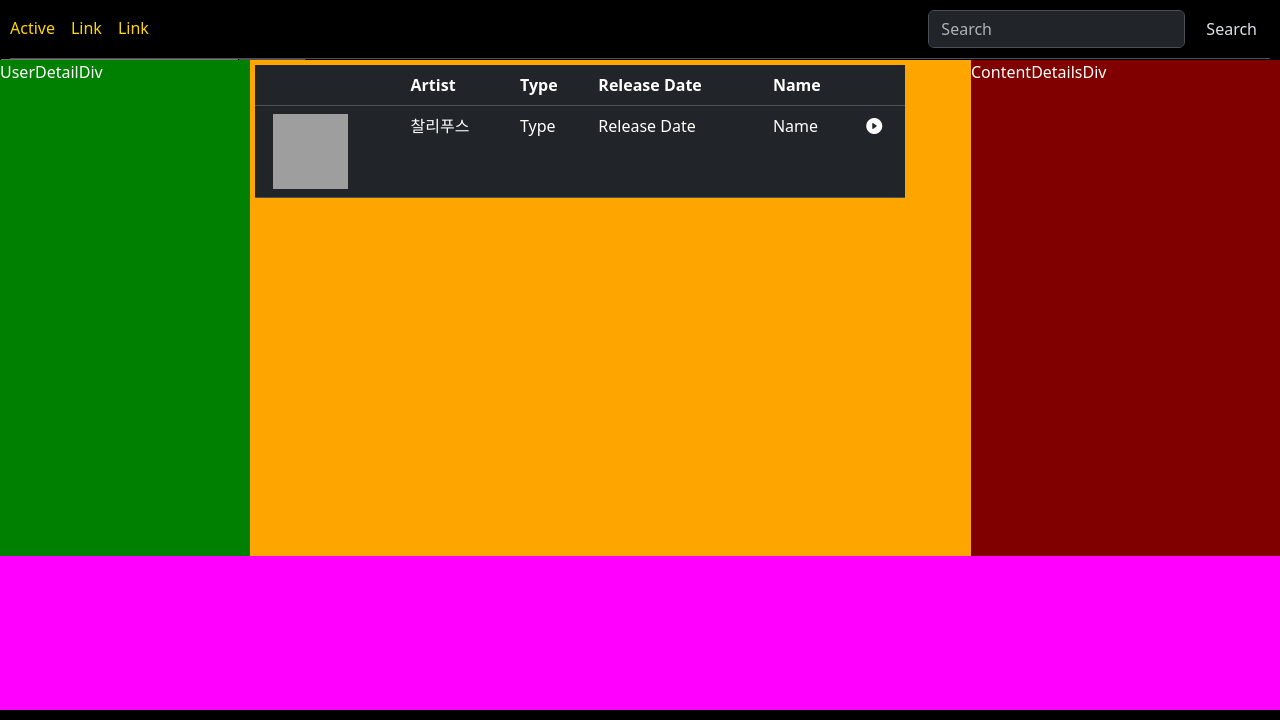
Repository: budflower44/My_Music_Life
Page: http://localhost/my_music_life/WEB-INF/views/mml/main.jsp
An editor plug-in stored every save of this project. The page is shown before and after a run of saves, followed by the edit.
The browser window is 1280 px wide. The pictures show the whole page.
Pictures or frames that could not be fetched are drawn as grey boxes. The page is served by Tomcat 9. Nobody is signed in. Other server files are loaded and not shown. The template is opened directly, without the code that normally fills it, so the values that code supplies are empty.

Above is the page before, as saved 2024-02-16 05:37:16.

### my_music_life/src/main/webapp/WEB-INF/views/mml/main.jsp
<%@ page language="java" contentType="text/html; charset=UTF-8"
    pageEncoding="UTF-8"%>
<!DOCTYPE html>
<html>
<head>
<meta charset="UTF-8">
<title>Insert title here</title>
</head>
<link rel="stylesheet" href="https://cdn.jsdelivr.net/npm/bootstrap-icons@1.10.5/font/bootstrap-icons.css">
<link href="https://cdn.jsdelivr.net/npm/bootstrap@5.3.1/dist/css/bootstrap.min.css" rel="stylesheet" integrity="sha384-4bw+/aepP/YC94hEpVNVgiZdgIC5+VKNBQNGCHeKRQN+PtmoHDEXuppvnDJzQIu9" crossorigin="anonymous">
<script src="https://cdn.jsdelivr.net/npm/@popperjs/core@2.11.8/dist/umd/popper.min.js" integrity="sha384-I7E8VVD/ismYTF4hNIPjVp/Zjvgyol6VFvRkX/vR+Vc4jQkC+hVqc2pM8ODewa9r" crossorigin="anonymous"></script>
<script src="https://cdn.jsdelivr.net/npm/bootstrap@5.3.1/dist/js/bootstrap.min.js" integrity="sha384-Rx+T1VzGupg4BHQYs2gCW9It+akI2MM/mndMCy36UVfodzcJcF0GGLxZIzObiEfa" crossorigin="anonymous"></script>
<style>
body{
	background-color : black;
	color: white;
	padding: 0;
	margin: 0;
}
.parentsDiv{
	height: 100vh;
	width: 100vw;
	display: flex;
	flex-direction: column;
}
.HeaderDiv{
	height: 60px;
}
.MidDiv{
	height: calc(100vh - 224px);
	min-height: calc(100vh - 224px);
	display:flex;
}
.FooterDiv{
	background-color: fuchsia;
	height: 154px;
	padding: 0;
	margin: 0;
	position:sticky;
	top: calc(100vh - 224px);
}
.SearchLineDiv{

}
.UserDetailDiv{
	background-color: green;
	width: 250px;
	min-width: 250px;
}
.ContentsDiv{
	background-color: orange;
	width: 100%;
	height:calc(100vw-550px);
	display: flex;
	justify-content: space-between;
	overflow: scroll;
}
.ContentDiv{
	background-color: lime;
	width: 70%;
	height: calc(100vw-550px);
	overflow: scroll;
	align-items: flex-start;
}
.ContentDetailsDiv{
	background-color: maroon;
	width: 30%;
	min-width: 300px;
	height: 100%
}
.MusicBox{
	background-color: navy;
	padding: 0;
	margin: 5px;

}
.searchDiv{
	background-color: black;
	width: 650px;
	height: 75px;
	margin: 5px;
}
.searchDiv img{
	margin-left: 10px;
}
.searchDiv span{
	text-align: center;
}
.playIcon {
	display: inline;
}

.navDiv{
	position:sticky;
	padding-left: 10px;
	padding-right: 10px;
}
.nav-link{
	color: gold;
}
.nav-link:hover {
	color: white;
}
.navbar{
	background-color: black;
}
.table{
	max-width: 650px;
}
</style>
<body>
<div class="parentsDiv">
	<div class="HeaderDiv">
		<div class="SearchLineDiv">
				<div class="navDiv">
					<nav class="navbar border-bottom border-body" data-bs-theme="dark">
						<ul class="nav nav-underline justify-content-end">
							<li class="nav-item"><a class="nav-link" aria-current="page" href="#">Active</a></li>
							<li class="nav-item"><a class="nav-link" href="#">Link</a></li>
							<li class="nav-item"><a class="nav-link" href="#">Link</a></li>
						</ul>
						<form class="d-flex" role="search">
        					<input class="form-control me-2 " id="searchKeyword" type="search" placeholder="Search" aria-label="Search">
        					<button class="btn" type="button" id="searchBtn">Search</button>
      					</form>
					</nav>
				</div>
				<input type="text" id="searchKeyword"><button type="button" id="searchBtn">Search</button>
		</div>
	</div>
	<div class="MidDiv">
		<div class="UserDetailDiv">UserDetailDiv</div>
		<div class="ContentsDiv">
			<div class="contentDiv">
				<div class="searchDiv">
				<table id="SearchBox" class="table table-dark table-hover">
					<tr>
						<th></th>
						<th>Artist</th>
						<th>Type</th>
						<th>Release Date</th>
						<th>Name</th>
						<th></th>
					</tr>
					<tr>
						<td>
						<img alt="" src="https://i.scdn.co/image/ab67616d0000b273a3b39c1651a617bb09800fd8" style="height:75px; width:75px; display:inline;">
						</td>
						<td>찰리푸스</td>
						<td>Type</td>
						<td>Release Date</td>
						<td>Name</td>
						<td><i class="bi bi-play-circle-fill"></i></td>
					</tr>
				</table>
				</div>
			</div>
			<div class="ContentDetailsDiv">ContentDetailsDiv</div>
		</div>
	</div>
	<div class="FooterDiv">
		<div class="MusicBox" id="MusicBox"></div>
	</div>
	<div></div>
</div>

<script src="/resources/js/spotifyAPI.js"></script>

</body>
</html>

### my_music_life/src/main/webapp/resources/js/spotifyAPI.js
async function getTokenToServer(){
    try {
        const url = "/mml/token";
        const config = {
            method:'post'
        };
        const resp = await fetch(url, config);
        const result = await resp.text();
        // console.log("getTokenToServer result >> "+result);
        return result;
    } catch (error) {
        console.log(error);
    }
}

async function fetchWebApi(token, keyword) {
    var res1 = encodeURI(keyword);
    console.log(keyword);
    const res = await fetch(`https://api.spotify.com/v1/search?q=${keyword}&type=album%2Ctrack%2Cartist`, {
        headers: {
            Authorization: `Bearer ${token}`,
        },
        method : 'GET'
    });
  const data = await res.json();
  console.log(data);
  return data;
}

async function searchAlbumsDataToServer(searchData){
    try {
        const url = "/mml/search/albums";
        const config = {
            method : 'post',
            headers : {
                'content-type' : 'application/json; charset=utf-8'
            },
            body : JSON.stringify(searchData)
        };
        const resp = await fetch(url, config);
        const result = await resp.text();
        console.log("albums 서버 응답 받음:", result);
        const searchObj =  parseQueryString(result);;
        console.log(searchObj);
        return searchObj;
    } catch (error) {
        console.log(error);
    }
}

async function searchArtistsDataToServer(searchData){
    try {
        const url = "/mml/search/artists"
        const config = {
            method: 'post',
            headers : {
                'content-type' : 'appication/json; charset=utf-8'
            },
            body : JSON.stringify(searchData)
        };
        const resp = await fetch(url, config);
        const result = await resp.text();
        console.log("artists 서버 응답 받음", result);
        const searchObj =  parseQueryString(result);;
        console.log(searchObj);
        return searchObj;
    } catch (error) {
        console.log(error);
    }
}

document.getElementById('searchBtn').addEventListener('click', async ()=>{
    try {
        document.getElementById('SearchBox').innerHTML = "";
        tableFrom();
        const keywordVal = document.getElementById('searchKeyword').value;
        console.log(keywordVal);
        getTokenToServer().then(token=>{
            fetchWebApi(token, keywordVal).then(res =>{
                if(res.albums){
                    searchAlbumsDataToServer(res.albums).then(album =>{
                        console.log(album);
                        for(let i=0; i<res.albums.items.length; i++){
                            let artistsUri = album.artistsUri[i];
                            let artistsName = album.artistsName[i];
                            let albumType = album.albumType[i];
                            let releaseDate = album.releaseDate[i];
                            let name = album.name[i];
                            console.log(artistsUri);
                            console.log(res.albums.items[i].external_urls.spotify);
                            const url = res.albums.items[i].external_urls.spotify;
                            let embedUrl = url.match(/\/album\/(\w+)/)[0];
                            console.log(embedUrl);
                            embedFrom(artistsUri, artistsName, albumType, releaseDate, name, embedUrl);
                        }})
                }
                if(res.artists){
                    for(let i=0; i<res.artists.items.length; i++){
                        console.log(res.artists.items[i].external_urls.spotify);
                        const url = res.artists.items[i].external_urls.spotify;
                        const embedUrl = url.match(/\/artist\/(\w+)/)[0];
                        console.log(embedUrl);
                    }
                }
                if(res.tracks){
                    for(let i=0; i<res.tracks.items.length; i++){
                        console.log(res.tracks.items[i].external_urls.spotify);
                        const url = res.tracks.items[i].external_urls.spotify;
                        const embedUrl = url.match(/\/track\/(\w+)/)[0];
                        console.log(embedUrl);
                    }
                }

            })
        })
    } catch (error) {
        console.log(error);
    }
})

function embedFromPlayer(url){
    document.getElementById('MusicBox').innerHTML += `
    <iframe style="border-radius:12px"
    src="https://open.spotify.com/embed/${url}?utm_source=generator"
    width="100%" height="152" frameBorder="0" allowfullscreen="" allow="autoplay;
    clipboard-write; encrypted-media; fullscreen; picture-in-picture" loading="lazy" >
    </iframe>`;
}

function tableFrom(){
    document.getElementById('SearchBox').innerHTML += `
    <tr>
    <th></th>
    <th>Artist</th>
    <th>Type</th>
    <th>Release Date</th>
    <th>Name</th>
    <th></th>
    </tr>
    `;
}

function embedFrom(artistsUri, artistsName, albumType, releaseDate, name, embedUrl){
    console.log(document.getElementById('MusicBox'));
    document.getElementById('SearchBox').innerHTML += `
    <tr class="PlayMusic">
    <td>
    <img src="${artistsUri}" style="height:75px; width:75px; display:inline;">
    </td>
    <td>${artistsName}</td>
    <td>${albumType}</td>
    <td>${releaseDate}</td>
    <td>${name}</td>
    <td><input type="hidden" value="${embedUrl}"><i class="bi bi-play-circle-fill"></i></td>
    </tr>`;
}

document.addEventListener('click', (e)=>{
    document.getElementById('MusicBox').innerHTML = "";
    console.log(e.target);
    console.log(e.target.closest('tr'));
    let PlayMusicTr = e.target.closest('tr');
    if(PlayMusicTr.classList.contains('PlayMusic')){
        const embedUrl = PlayMusicTr.querySelector('input').value;
        console.log(embedUrl);
        embedFromPlayer(embedUrl);
    }
})

function parseQueryString(ParsingData) {
    const params = new URLSearchParams(ParsingData);
    const result = {};

    // 모든 키-값 쌍을 객체에 추가
    for (const [key, value] of params.entries()) {
        // 만약 이미 같은 키가 있다면 값을 배열로 저장
        if (result.hasOwnProperty(key)) {
            if (Array.isArray(result[key])) {
                result[key].push(value);
            } else {
                // 값이 이미 존재하는데 배열이 아닌 경우, 값을 배열로 변환
                result[key] = [result[key], value];
            }
        } else {
            result[key] = value;
        }
    }

    return result;
}

After the next 2 saves:
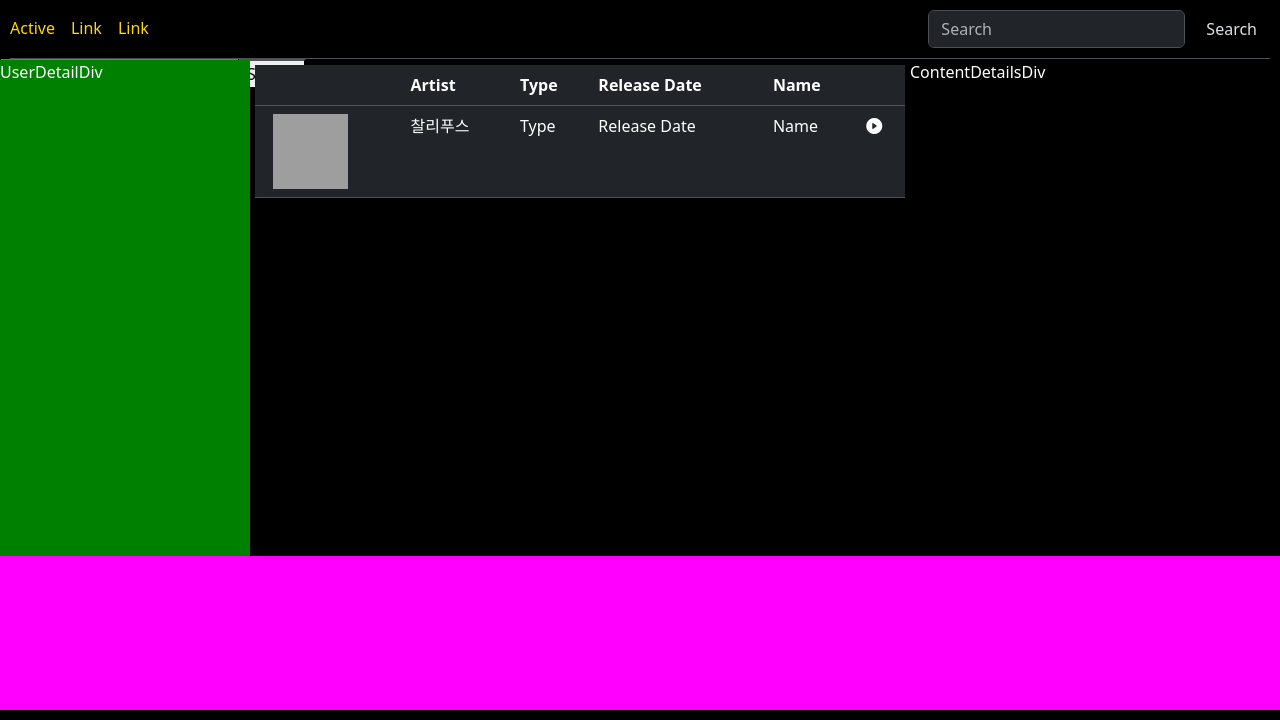
The 2 saves are shown as one change because they came seconds apart.
The last was saved 95 s later.
--- a/my_music_life/src/main/webapp/WEB-INF/views/mml/main.jsp
+++ b/my_music_life/src/main/webapp/WEB-INF/views/mml/main.jsp
@@ -48,7 +48,6 @@ body{
 	min-width: 250px;
 }
 .ContentsDiv{
-	background-color: orange;
 	width: 100%;
 	height:calc(100vw-550px);
 	display: flex;
@@ -56,16 +55,14 @@ body{
 	overflow: scroll;
 }
 .ContentDiv{
-	background-color: lime;
-	width: 70%;
+	width: 60%;
 	height: calc(100vw-550px);
 	overflow: scroll;
 	align-items: flex-start;
 }
 .ContentDetailsDiv{
-	background-color: maroon;
-	width: 30%;
-	min-width: 300px;
+	width: 40%;
+	min-width: 350px;
 	height: 100%
 }
 .MusicBox{
